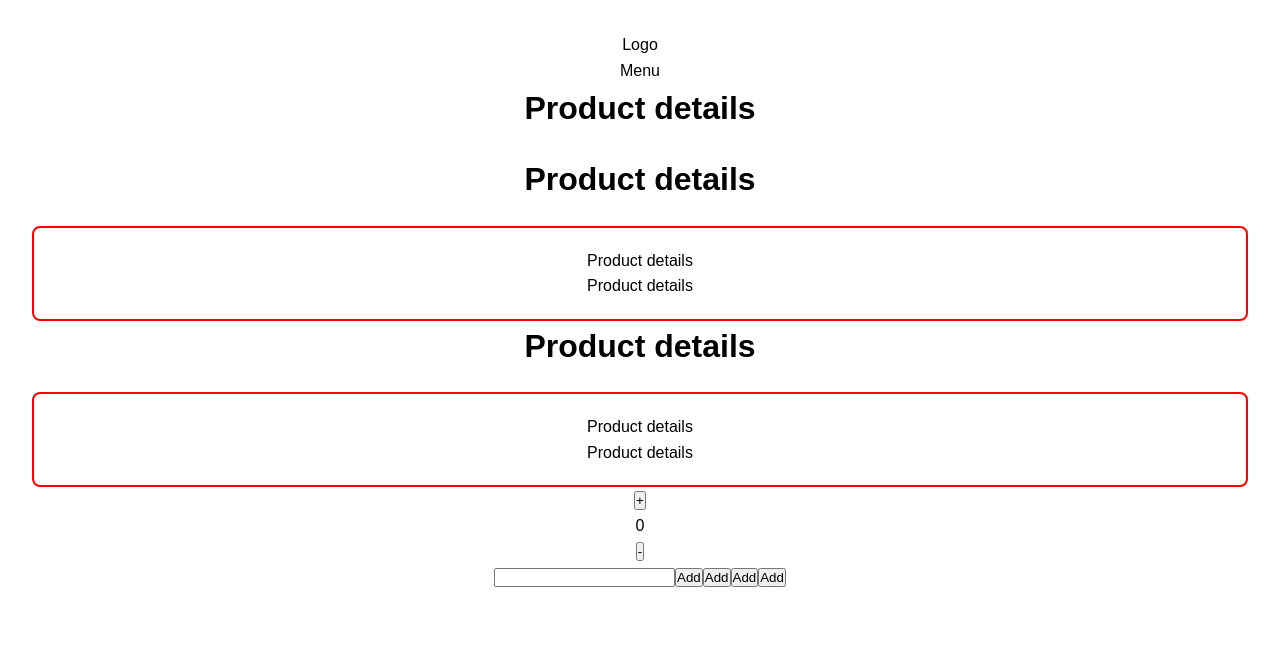
Repository: Manny1294/react-learning
Page: /
The author's editor kept a copy of each file at every save. The page is drawn from the files as they stood at one save, then again after the next save.
The browser window is 1280 px wide. The pictures show the whole page.
The project was rebuilt for these pictures with package versions that can differ from the ones it lists, and the page was loaded fresh each time. Also part of the build but not shown: vite.config.js, src/components/Toggle.jsx.

Above is the page before, as saved 2026-02-01 08:20:24.

After the next save:
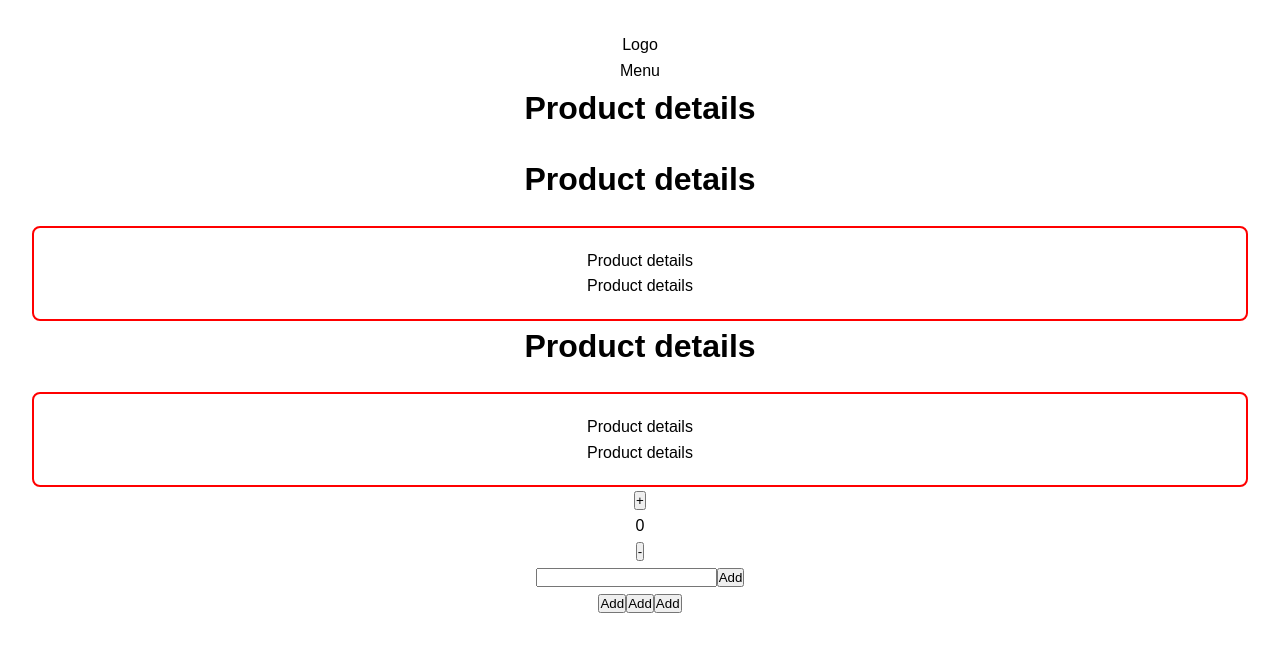
Saved 24 s later.
--- a/src/components/TodoList.jsx
+++ b/src/components/TodoList.jsx
@@ -41,9 +41,13 @@ export default function Todos() {
         ></input>
 
         <button onClick={addTodos}>Add</button>
-        <button onClick={addTodos}>Add</button>
-        <button onClick={addTodos}>Add</button>
-        <button onClick={addTodos}>Add</button>
+        <div>
+          {" "}
+          <button onClick={addTodos}>Add</button>
+          <button onClick={addTodos}>Add</button>
+          <button onClick={addTodos}>Add</button>
+        </div>
+
         {/* conditional rendering */}
         {todos.map((todo, index) => (
           <ol>
